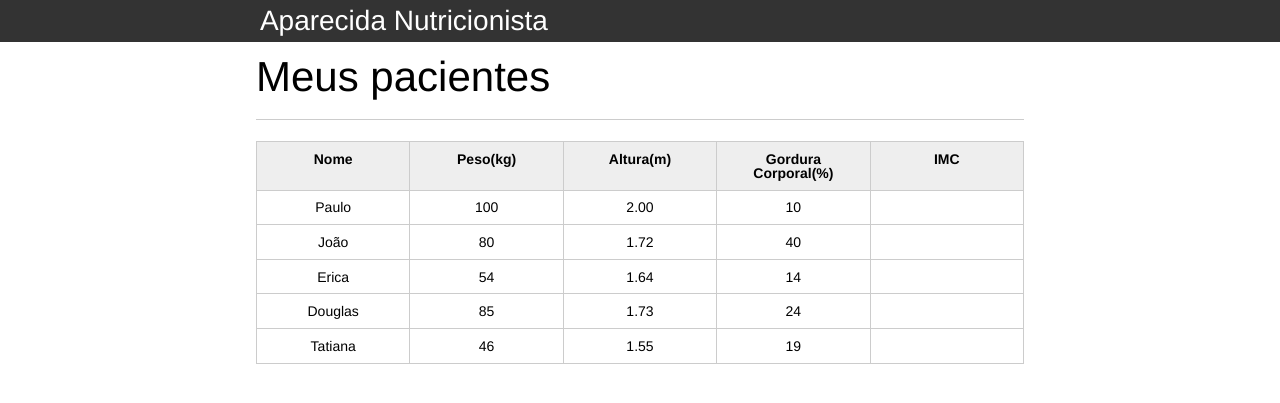
Repository: prof-fernando-alves/introducao-javascript
Page: index.html
These files come from the project's save history. The page is drawn as it stood at one moment and after a run of saves; the edit follows.
The browser window is 1280 px wide. The pictures show the whole page.

Above is the page before, as saved 2021-09-14 14:29:56.

After the next 2 saves:
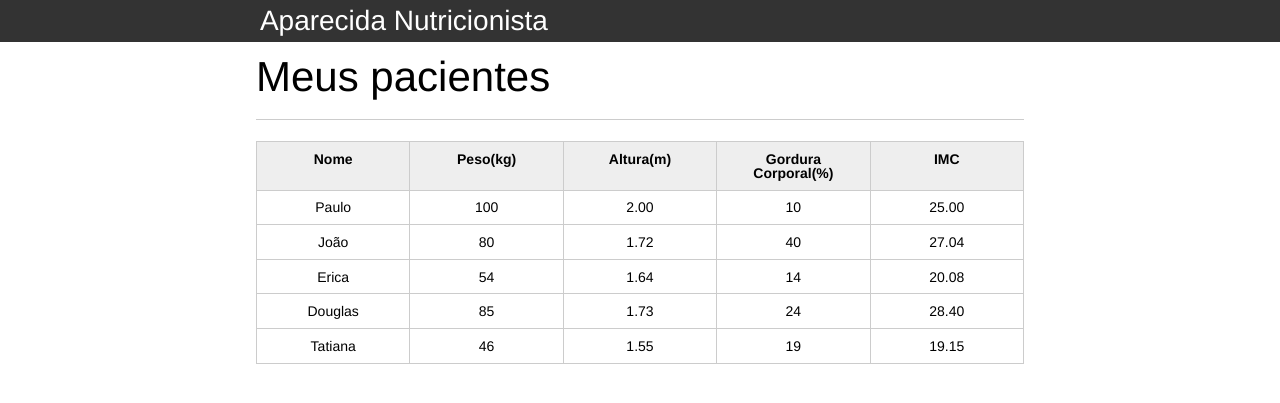
The 2 saves are shown as one change because they came seconds apart.
The last was saved 6 s later.
--- a/js/principal.js
+++ b/js/principal.js
@@ -31,6 +31,6 @@ for (var i=0; i < pacientes.length; i++){
 
         if (pesoEhValido && alturaEhValida) {
             var imc = peso / (altura * altura);
-            tdImc.textContent = imc.toFixed92;
+            tdImc.textContent = imc.toFixed(2);
 }
 }
